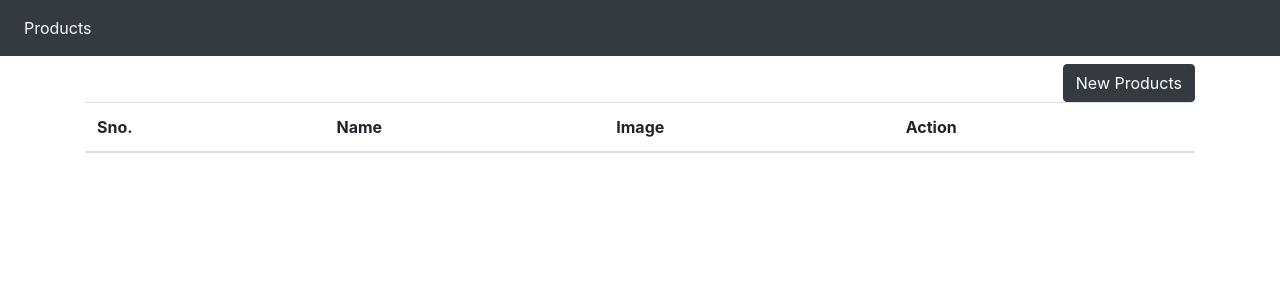
Repository: Aniksaha19/curd
Page: http://localhost/
An editor plug-in stored every save of this project. The page is shown before and after a run of saves, followed by the edit.
The browser window is 1280 px wide. The pictures show the whole page.
The page is served by the project's Laravel application, run on PHP 8.4 with Laravel 10. Queries for data that is not in the repository find no rows.

Above is the page before, as saved 2023-06-01 18:58:45.

After the next 5 saves:
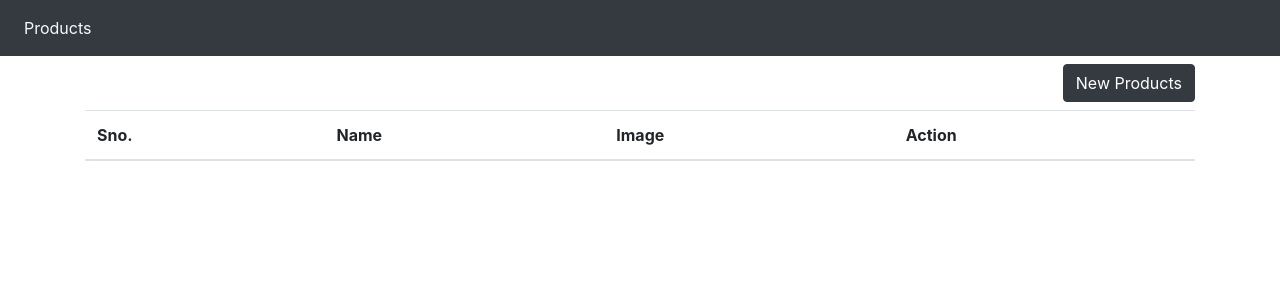
The 5 saves are shown as one change because they came seconds apart.
The last was saved 50 s later.
--- a/resources/views/products/index.blade.php
+++ b/resources/views/products/index.blade.php
@@ -25,7 +25,7 @@
                 <a href="products/create" class="btn btn-dark mt-2">New Products</a>
             </div>
         <div>
-            <table class="table table-striped">
+            <table class="table table-hover mt-2">
                 <thead>
                 <tr>
                     <th>Sno.</th>
